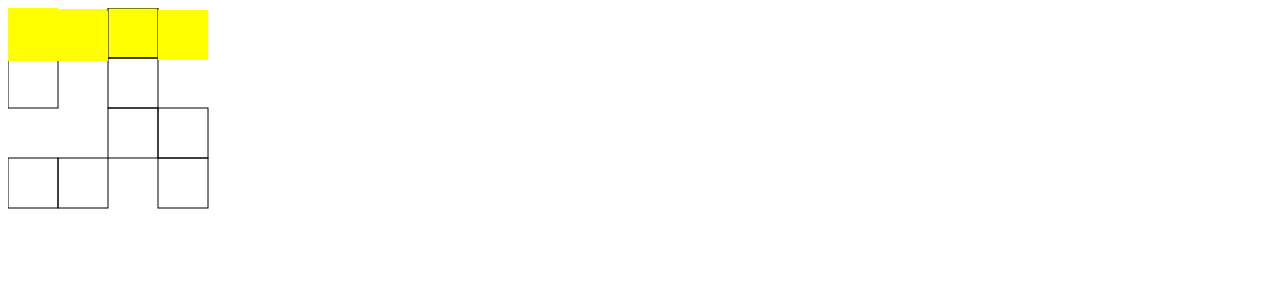
Repository: JIHYEONHE/doit
Page: FAST_ZZANG/static/canvas3.html
These files come from the project's save history. The page is drawn as it stood at one moment and after the next save; the edit follows.
The browser window is 1280 px wide. The pictures show the whole page.

Above is the page before, as saved 2022-10-18 01:37:44.

After the next save:
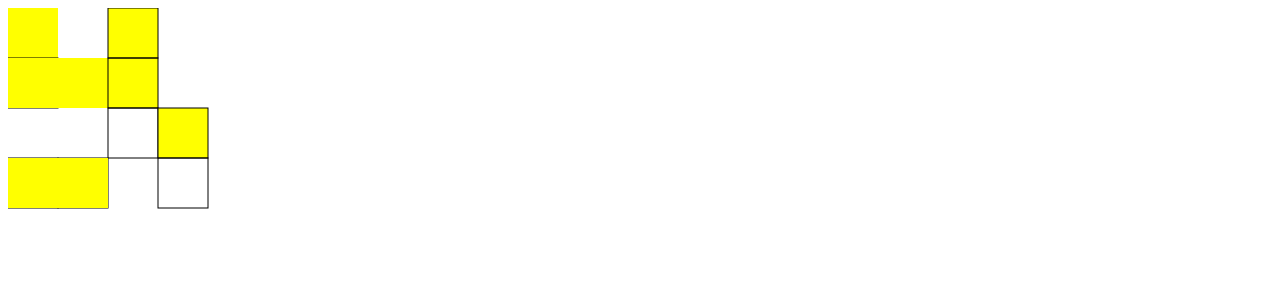
Saved 6 s later.
--- a/FAST_ZZANG/static/canvas3.html
+++ b/FAST_ZZANG/static/canvas3.html
@@ -20,7 +20,7 @@
 		for(var j=0; j<4; j++){
 		    if(cvr2D[i][j]==1){
 			    ctx.fillStyle = 'yellow';
-			    ctx.fillRect(j*50,i, 50, 50);
+			    ctx.fillRect(j*50,i*50, 50, 50);
 		    }else{
 		        ctx.strokeStyle = 'black';
 		        ctx.strokeRect(i*50, j*50, 50, 50);
